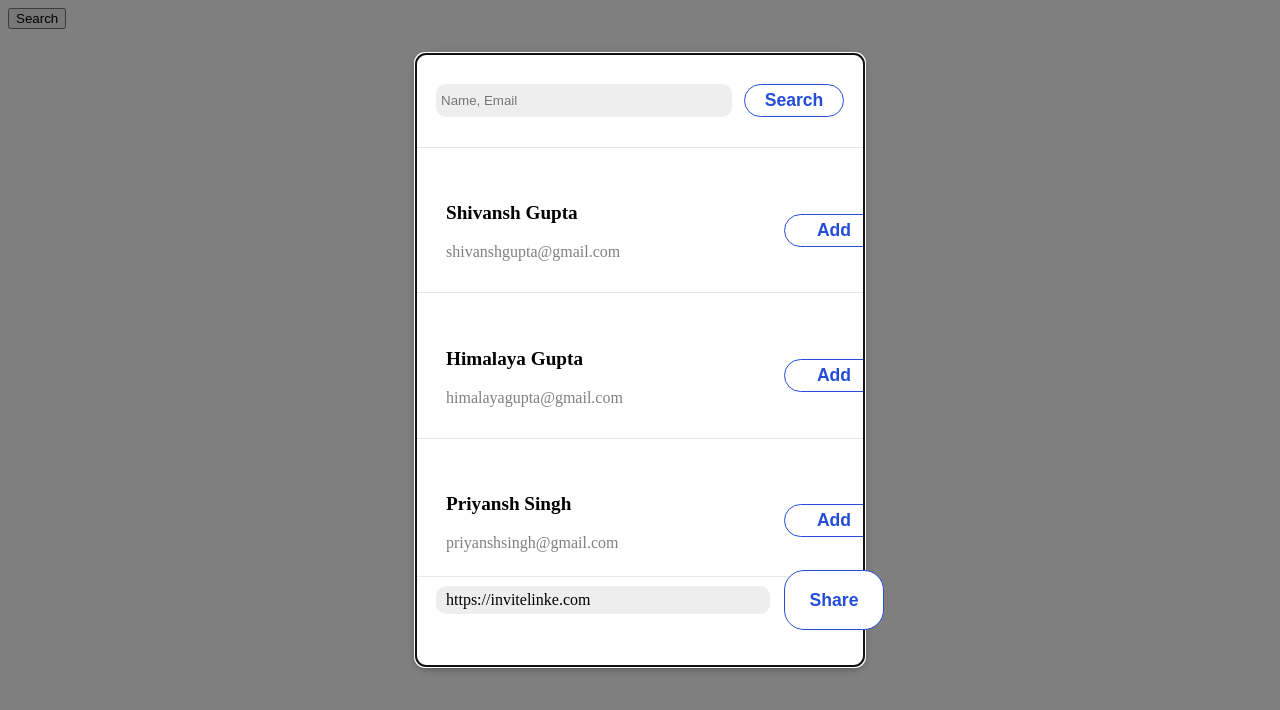
Repository: shiv0403/event-planner
Page: /, after clicking the first element matching `button`
An editor plug-in stored every save of this project. The page is shown before and after the next save, followed by the edit.
The browser window is 1280 px wide. The pictures show the whole page.
An inner scrolling area shows only its first screen. The project was rebuilt for these pictures with package versions that can differ from the ones it lists, and the page was loaded fresh each time.

Above is the page before, as saved 2021-07-27 12:50:04.

After the next save:
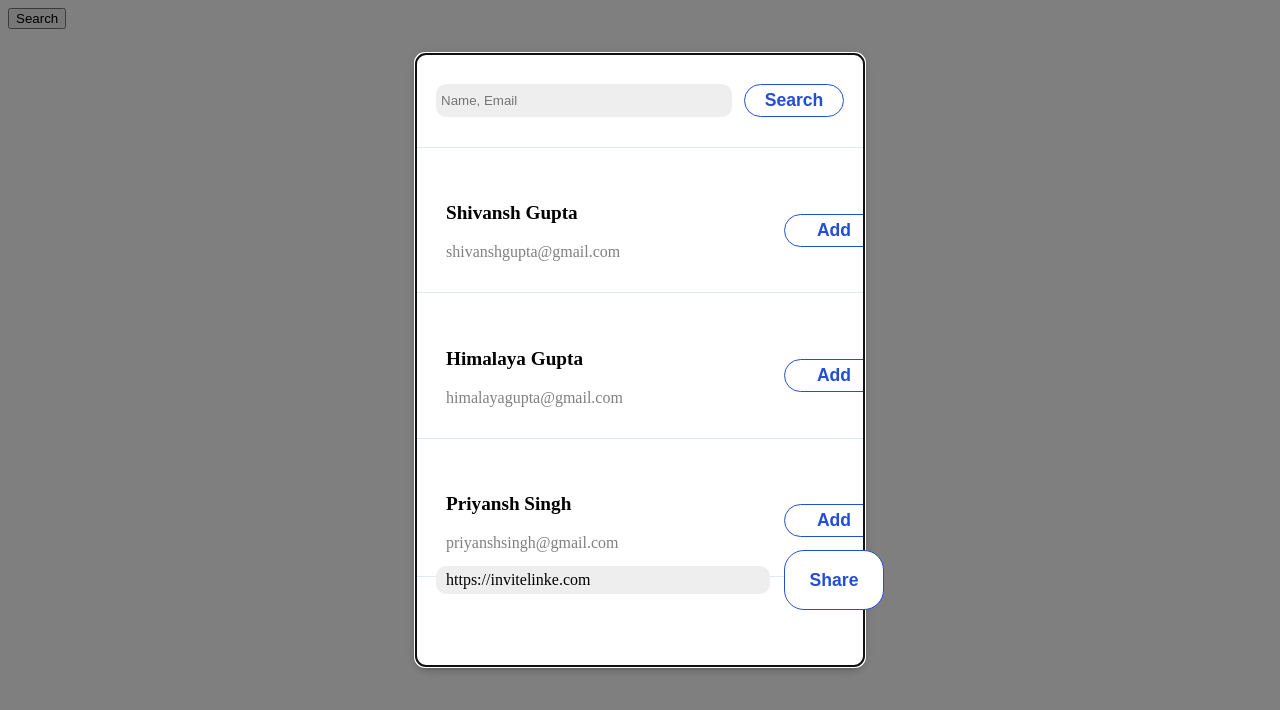
Saved 5 s later.
--- a/src/Components/SearchModal/SearchModal.css
+++ b/src/Components/SearchModal/SearchModal.css
@@ -45,7 +45,7 @@
   margin-top: 40px;
   padding: 20px;
   position: absolute;
-  bottom: 70px;
+  bottom: 90px;
   width: 35%;
   /* border-top: 1px solid #e2e8f0; */
 }
